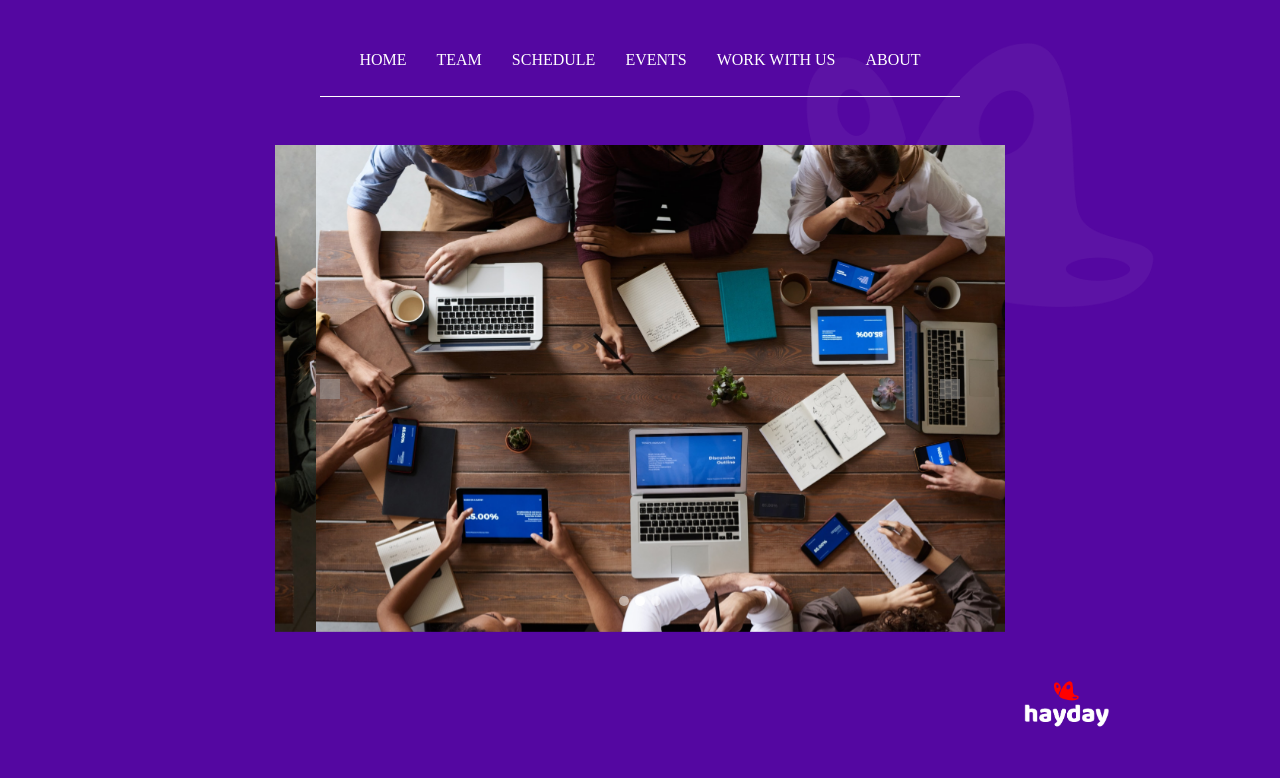
Repository: im1971/company-web
Page: 2019.html
An editor plug-in stored every save of this project. The page is shown before and after the next save, followed by the edit.
The browser window is 1280 px wide. The pictures show the whole page.
Pictures or frames that could not be fetched are drawn as grey boxes. Some web fonts or font styles are not loaded; a fallback is used.

Above is the page before, as saved 2020-02-02 11:46:23.

After the next save:
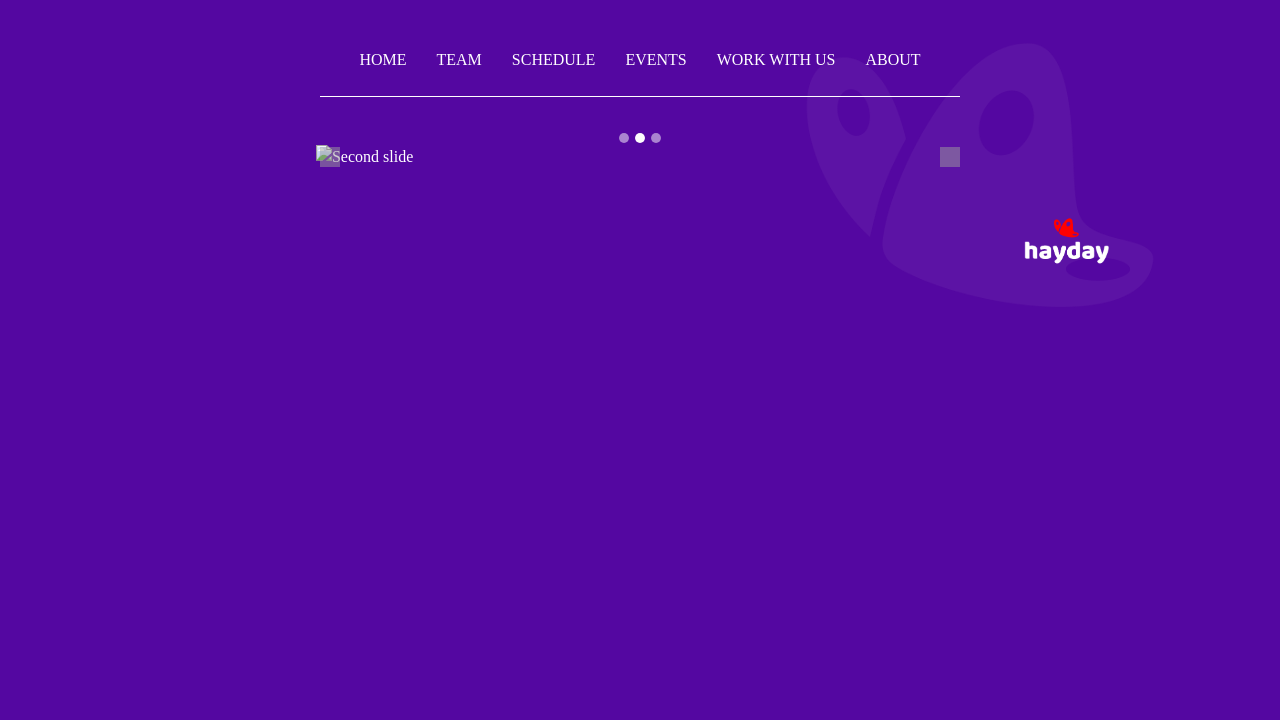
Saved 108 s later.
--- a/2019.html
+++ b/2019.html
@@ -67,13 +67,13 @@
                             </ol>
                             <div class="carousel-inner">
                                 <div class="carousel-item active">
-                                    <img class="d-block w-100" src="img/team/team-back.jpg" alt="First slide">
+                                    <img class="d-block w-100" alt="First slide">
                                 </div>
                                 <div class="carousel-item">
-                                    <img class="d-block w-100" src="img/team/team-back.jpg" alt="Second slide">
+                                    <img class="d-block w-100" alt="Second slide">
                                 </div>
                                 <div class="carousel-item">
-                                    <img class="d-block w-100" src="img/team/team-back.jpg" alt="Third slide">
+                                    <img class="d-block w-100" alt="Third slide">
                                 </div>
                             </div>
                             <a class="carousel-control-prev" href="#carouselExampleIndicators" role="button" data-slide="prev">

After the save that followed:
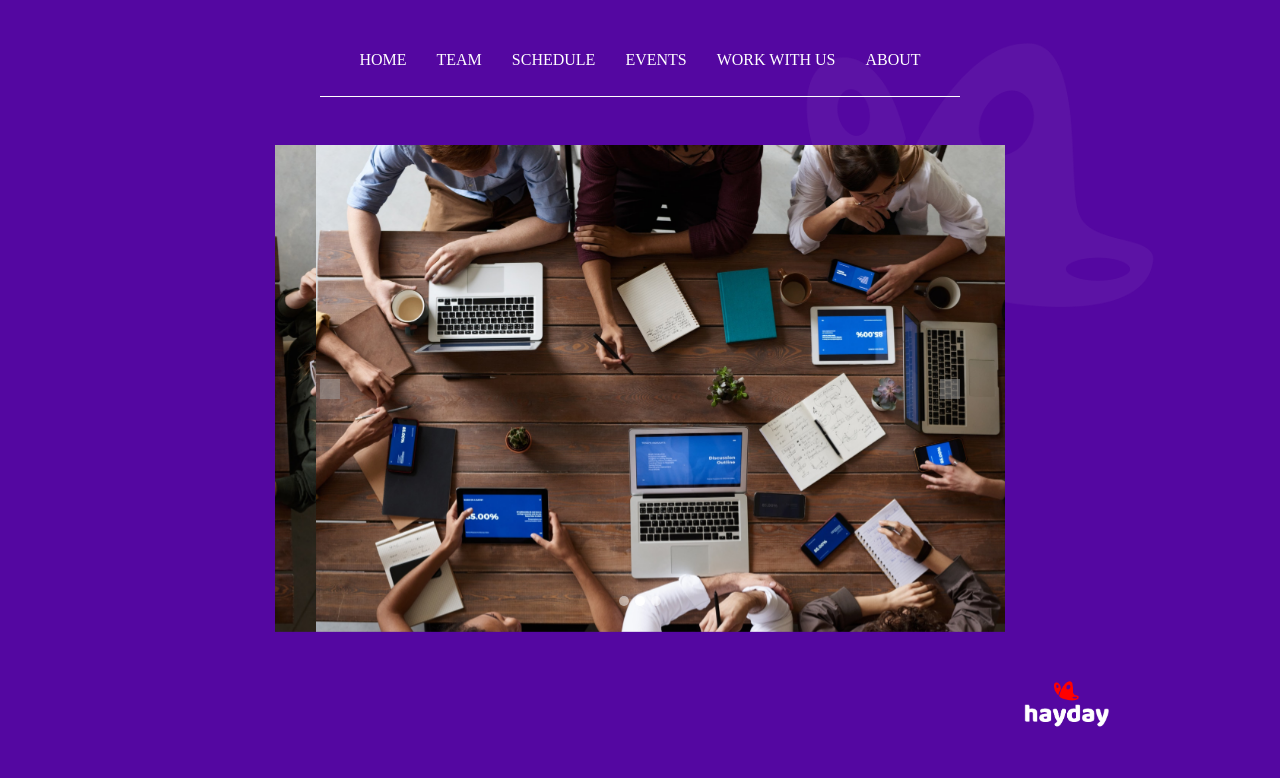
Saved 12 s later.
--- a/2019.html
+++ b/2019.html
@@ -67,13 +67,13 @@
                             </ol>
                             <div class="carousel-inner">
                                 <div class="carousel-item active">
-                                    <img class="d-block w-100" alt="First slide">
+                                    <img class="d-block w-100" src="img/team/team-back.jpg" alt="First slide">
                                 </div>
                                 <div class="carousel-item">
-                                    <img class="d-block w-100" alt="Second slide">
+                                    <img class="d-block w-100" src="img/team/team-back.jpg" alt="Second slide">
                                 </div>
                                 <div class="carousel-item">
-                                    <img class="d-block w-100" alt="Third slide">
+                                    <img class="d-block w-100" src="img/team/team-back.jpg" alt="Third slide">
                                 </div>
                             </div>
                             <a class="carousel-control-prev" href="#carouselExampleIndicators" role="button" data-slide="prev">
